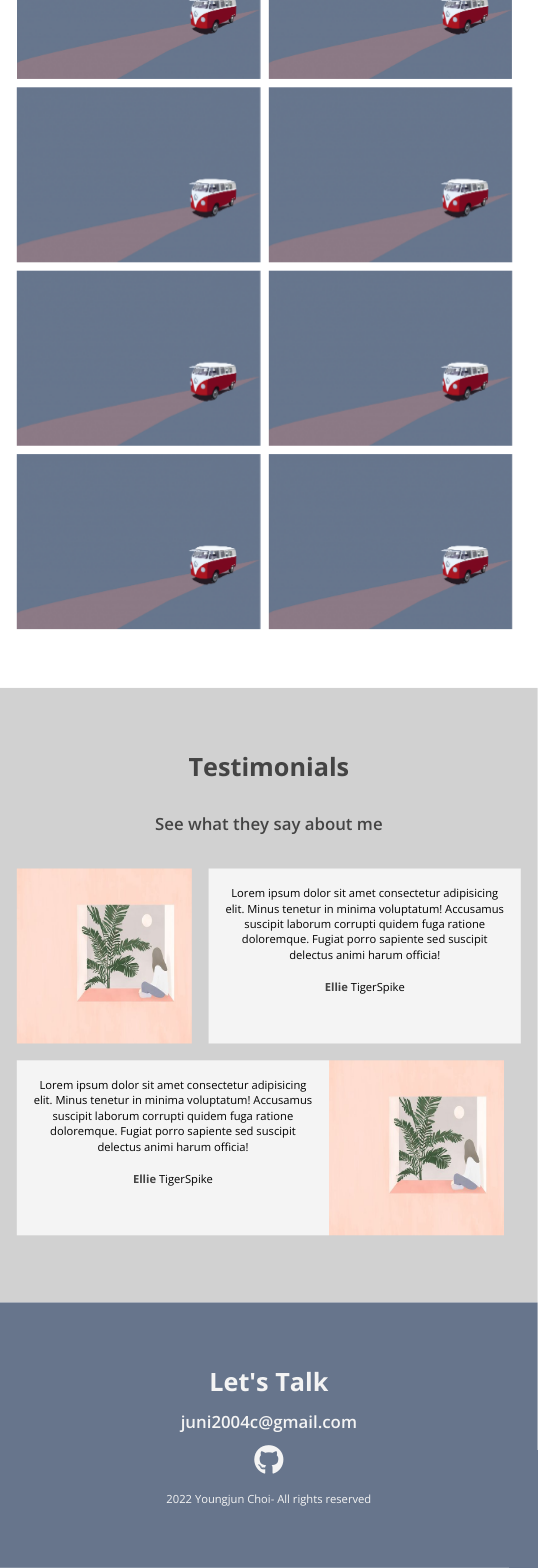
Repository: choi2021/portfolio-vanillaJS
Page: index.html
The author's editor kept a copy of each file at every save. The page is drawn from the files as they stood at one save, then again after the next save.
The browser window is 768 px wide. The pictures show the part of the page from y = 3374 to 5614 px (the page is 5614 px tall before and 5478 px after), at 70% of full size.
Some web libraries are served in a nearby version.

Above is the page before, as saved 2022-01-08 15:14:11.

### index.html
<!DOCTYPE html>
<html lang="en">

<head>
  <meta charset="UTF-8">
  <meta http-equiv="X-UA-Compatible" content="IE=edge">
  <meta name="viewport" content="width=device-width, initial-scale=1.0">
  <title>Youngjun's Portfolio</title>
  <meta name="description" content="Front-end developer Youngjun">
  <meta name="author" content="Youngjun ">
  <link rel="icon" href="public/favicon.png" type="public/png">
  <link rel="stylesheet" href="style.css">
  <script src="main.js" defer></script>
  <script src="https://kit.fontawesome.com/a6a726722e.js" crossorigin="anonymous"></script>
  <link href="https://fonts.googleapis.com/css2?family=Open+Sans:wght@400;600;700&display=swap" rel="stylesheet">
</head>

<body>
  <!-- Navbar -->
  <nav class="navbar">
    <div class="navbar__logo">
      <img src="public/favicon.png" alt="logo">
      <a href="#">YOUNGJUN</a>
    </div>
    <ul class="navbar__menu">
      <li class="navbar__menu__item active">Home</li>
      <li class="navbar__menu__item">About</li>
      <li class="navbar__menu__item">Skills</li>
      <li class="navbar__menu__item">My work</li>
      <li class="navbar__menu__item">Testimonial</li>
      <li class="navbar__menu__item">Contact</li>
    </ul>
    <button class="navbar__toggleBtn">
      <i class="fas fa-bars"></i>
    </button>
  </nav>
  <!-- Home -->
  <section class="home">
    <img class="home__avatar" src="public/profile.jpg" alt="home-img">
    <h1 class="title">Hello <br> I'm Yougnjun Choi</h1>
    <h3 class="description">매일 매일 부족한 걸 채워가는 프론트엔드 개발자</h3>
    <button class="home__contact">contact me</button>
  </section>
  <!-- About -->
  <section class="about section">
    <div class="section__container">
      <h1 class="title">About me</h1>
      <p class="description">Lorem ipsum dolor sit amet consectetur adipisicing elit. Quidem adipisci sint voluptate
        odit, molestias debitis aliquam nihil magni a corporis consectetur minus vero qui suscipit dolorum natus
        nesciunt
        expedita? Sit!</p>
      <ul class="about__stacks">
        <li class="stack">
          <div class="stack__icon">
            <i class="fab fa-html5"></i>
          </div>
          <div class="stack__title">Front-end basic</div>
          <div class="stack__description">HTML, CSS, Javascript</div>
        </li>
        <li class="stack">
          <div class="stack__icon">
            <i class="fab fa-react"></i>
          </div>
          <div class="stack__title">React</div>
          <div class="stack__description">Javascript Library</div>
        </li>
      </ul>
      <div class="about__experience">
        <img src="public/gist_logo.jpg" alt="">
        <div class="experience__description">
          <div class="experience__name">Undergraduate chemistry major</div>
          <div class="experience__term">2016 March - 2022 Feb</div>
        </div>
      </div>
    </div>
  </section>
  <!-- Skills -->
  <section class="skills section">
    <div class="section__container">
      <h1 class="title">Skills</h1>
      <h2 class="sub_title">Skills & Attributes</h2>
      <p class="description">Lorem ipsum dolor sit amet, consectetur adipisicing elit. Harum cupiditate magnam modi
        eius? Soluta,
        quidem sed dicta animi maiores nemo laudantium dolores aliquam, molestias suscipit id accusantium unde
        temporibus
        nostrum.</p>
      <div class="skillset">
        <div class="skillset__left">
          <h3 class="skillset__title">Skills</h3>
          <div class="skill">
            <div class="skill__description">
              <span class="description__name">HTML</span>
              <span class="description__figure">80%</span>
            </div>
            <div class="skill__bar">
              <div class="skill__value" style="width: 80%"></div>
            </div>
          </div>
          <div class="skill">
            <div class="skill__description">
              <span class="description__name">CSS</span>
              <span class="description__figure">60%</span>
            </div>
            <div class="skill__bar">
              <div class="skill__value" style="width: 60%"></div>
            </div>
          </div>
          <div class="skill">
            <div class="skill__description">
              <span class="description__name">Javascript</span>
              <span class="description__figure">40%</span>
            </div>
            <div class="skill__bar">
              <div class="skill__value" style="width: 40%"></div>
            </div>
          </div>
          <div class="skill">
            <div class="skill__description">
              <span class="description__name">React</span>
              <span class="description__figure">10%</span>
            </div>
            <div class="skill__bar">
              <div class="skill__value" style="width:10%"></div>
            </div>
          </div>
        </div>
        <div class="skillset__right">
          <section class="tools">
            <h3 class="tools__title">Tools</h3>
            <ul class="tools__list">
              <li>
                <span>Visual Studio</span>
              </li>
            </ul>
          </section>
          <section class="etc">
            <h3 class="skillset__title">Etc</h3>
            <ul class="etc__list">
              <li>
                <span>Git</span>
              </li>
            </ul>
          </section>
        </div>
      </div>
    </div>
  </section>
  <section class="work section">
    <div class="section__container">
      <h1 class="title">My Work</h1>
      <h2 class="description">Projects</h2>
      <div class="work__categories">
        <button class="category__btn active">
          All
          <span class="category__count">8</span>
        </button>
        <button class="category__btn">HTML+CSS<span class="category__count">3</span></button>
        <button class="category__btn">HTML+CSS+Javascript<span class="category__count">3</span></button>
        <button class="category__btn">React<span class="category__count">2</span></button>
      </div>
      <div class="work__projects">
        <a href="#" class="project">
          <img src="public/background.jpg" alt="">
          <div class="project__description">
            <h3>Youtube UI</h3>
            <span>Clone coding with HTML and CSS</span>
          </div>
        </a>
        <a href="#" class="project">
          <img src="public/background.jpg" alt="">
          <div class="project__description">
            <h3>Youtube UI</h3>
            <span>Clone coding with HTML and CSS</span>
          </div>
        </a>
        <a href="#" class="project">
          <img src="public/background.jpg" alt="">
          <div class="project__description">
            <h3>Youtube UI</h3>
            <span>Clone coding with HTML and CSS</span>
          </div>
        </a>
        <a href="#" class="project">
          <img src="public/background.jpg" alt="">
          <div class="project__description">
            <h3>Youtube UI</h3>
            <span>Clone coding with HTML and CSS</span>
          </div>
        </a>
        <a href="#" class="project">
          <img src="public/background.jpg" alt="">
          <div class="project__description">
            <h3>Youtube UI</h3>
            <span>Clone coding with HTML and CSS</span>
          </div>
        </a>
        <a href="#" class="project">
          <img src="public/background.jpg" alt="">
          <div class="project__description">
            <h3>Youtube UI</h3>
            <span>Clone coding with HTML and CSS</span>
          </div>
        </a>
        <a href="#" class="project">
          <img src="public/background.jpg" alt="">
          <div class="project__description">
            <h3>Youtube UI</h3>
            <span>Clone coding with HTML and CSS</span>
          </div>
        </a>
        <a href="#" class="project">
          <img src="public/background.jpg" alt="">
          <div class="project__description">
            <h3>Youtube UI</h3>
            <span>Clone coding with HTML and CSS</span>
          </div>
        </a>
      </div>
    </div>
  </section>
  <section class="testimonials section">
    <div class="section__container">
      <h1 class="title">Testimonials</h1>
      <h2 class="description">See what they say about me</h2>
      <div class="testimonialset">
        <div class="testimonial">
          <img class="testimonial__avatar" src="public/background2.jpg" alt="">
          <div class="testimonial__speech-bubble">
            <span>Lorem ipsum dolor sit amet consectetur adipisicing elit. Minus tenetur in minima voluptatum! Accusamus
              suscipit laborum corrupti quidem fuga ratione doloremque. Fugiat porro sapiente sed suscipit delectus
              animi
              harum officia!</span>
            <div class="name-and-company">
              <span class="name"><a href="#"> Ellie</a></span>
              <span class="companay">TigerSpike</span>
            </div>
          </div>
        </div>
        <div class="testimonial">
          <div class="section__container"></div>
          <div class="testimonial__speech-bubble">
            <span>Lorem ipsum dolor sit amet consectetur adipisicing elit. Minus tenetur in minima voluptatum! Accusamus
              suscipit laborum corrupti quidem fuga ratione doloremque. Fugiat porro sapiente sed suscipit delectus
              animi
              harum officia!</span>
            <div class="name-and-company">
              <span class="name"><a href="#"> Ellie</a></span>
              <span class="companay">TigerSpike</span>
            </div>
          </div>
          <img class="testimonial__avatar" src="public/background2.jpg" alt="">
        </div>
      </div>
    </div>

  </section>
  <section class="contact section">
    <h1 class="title">Let's Talk</h1>
    <h2 class="contact__email">juni2004c@gmail.com</h2>
    <div class="contact__links">
      <a href="#">
        <i class="fab fa-github"></i>
      </a>
    </div>
    <p class="contact__rights">2022 Youngjun Choi- All rights reserved</p>
  </section>
</body>

</html>

### style.css
:root {
  /* color */
  --white-color: #f4f4f4;
  --blue-color: #69a0c7;
  --light-yellow-color: #fff6cb;
  --deep-yellow-color: #feac3e;
  --pink-color: #fd8682;
  --black-color: #444444;
  --dark-gray-color: #565656;
  --dim-gray-color: #706f6d;
  --light-gray-color: #d1d1d1;
  --dark-red-color: #8c7a86;
  --dark-blue-color: #67758c;

  /* Space */
  --base-space: 36px;

  /* Font weight */
  --weight-bold: 700;
  --weight-semi-bold: 600;
  --weight-regular: 400;

  /* Font-size */
  --font-large: 48px;
  --font-medium: 28px;
  --font-regular: 18px;
  --font-small: 16px;

  /* size */
  --count-size: 32px;
  --border-size: 8px;
  --logo-size: 43px;
  --avatar-size: 350px;
  --stack-size: 180px;
  --project-width: 280px;
  --project-height: 250px;
  --testimonial-size: 250px;
}

/* Universal tags */
* {
  box-sizing: border-box;
}

h1 {
  font-size: var(--font-large);
  font-weight: var(--weight-bold);
  color: var(--black-color);
  margin: 16px 0px;
}

h2 {
  font-size: var(--font-medium);
  font-weight: var(--weight-semi-bold);
  color: var(--black-color);
  margin: 8px 0px;
}

body {
  margin: 0;
  font-family: "Open Sans", sans-serif;
}

ul {
  list-style: none;
  padding-left: 0;
}

a {
  text-decoration: none;
  color: var(--black-color);
}

button {
  border: none;
  outline: none;
  background-color: transparent;
  cursor: pointer;
}

/* navbar */

.navbar {
  display: flex;
  justify-content: space-between;
  align-items: center;
  background-color: transparent;
  font-size: var(--font-medium);
  position: fixed;
  top: 0;
  width: 100%;
  padding: 12px var(--base-space);
}

.navbar.withBGColor {
  background-color: var(--dark-blue-color);
}

.navbar__logo {
  display: flex;
}

.navbar__logo img {
  width: var(--logo-size);
  height: var(--logo-size);
  margin-right: calc(0.4 * var(--base-space));
}

.navbar__logo a {
  font-size: var(--font-medium);
  font-weight: var(--weight-semi-bold);
  color: var(--white-color);
}

.navbar__menu {
  display: flex;
  padding-left: 0;
}

.navbar__menu__item {
  padding: 8px 12px;
  font-size: var(--font-regular);
  cursor: pointer;
  border: 2px transparent solid;
  border-radius: var(--border-size);
  color: var(--white-color);
  margin-right: var(--base-space);
}

.navbar__menu__item:hover {
  border: 2px white solid;
}

.navbar__menu__item.active {
  background-color: var(--white-color);
  color: var(--dark-blue-color);
}

.navbar__toggleBtn {
  display: none;
  position: absolute;
  top: 12px;
  right: 24px;
  font-size: var(--font-medium);
  color: var(--blue-color);
}

/* Home */

.home {
  padding: calc(3 * var(--base-space)) var(--base-space);
  background: url(./public/background.jpg) no-repeat center/cover;
  text-align: center;
}

.home__avatar {
  width: var(--avatar-size);
  height: var(--avatar-size);
  border-radius: 50%;
  border: 1px white solid;
}

.home .title {
  font-size: var(--font-large);
  font-weight: var(--weight-bold);
  text-align: center;
  color: var(--white-color);
}

.home .description {
  padding-top: calc(2 * var(--base-space));
  font-size: var(--font-medium);
  color: var(--white-color);
}

.home__contact {
  font-size: var(--font-regular);
  font-weight: var(--weight-bold);
  color: var(--white-color);
  text-transform: capitalize;
  padding: calc(0.25 * var(--base-space));
  border: solid var(--white-color) 2px;
  border-radius: var(--border-size);
}

.home__contact:hover {
  background-color: var(--white-color);
  color: var(--dark-blue-color);
}

.section {
  padding: calc(3 * var(--base-space)) var(--base-space);
  text-align: center;
}

.section__container {
  max-width: 1200px;
  margin: auto;
}

.about .description {
  width: 85%;
  margin: auto;
  padding-top: calc(2 * var(--base-space));
  font-size: var(--font-medium);
  text-align: center;
  color: var(--black-color);
  margin-bottom: calc(2 * var(--base-space));
}

.about__stacks {
  display: flex;
  justify-content: space-around;
  padding-left: 0;
  margin: calc(3 * var(--base-space)) 0;
}

.stack {
  font-size: var(--font-medium);
  display: flex;
  flex-direction: column;
  align-items: center;
  text-align: center;
}

.stack__icon {
  font-size: calc(0.7 * var(--stack-size));
  width: var(--stack-size);
  height: var(--stack-size);
  display: flex;
  justify-content: center;
  align-items: center;
  color: var(--blue-color);
  border: 2px solid var(--blue-color);
  border-radius: 50%;
  margin-bottom: var(--base-space);
  transition: transform 300ms ease-in;
}

.stack__icon:hover {
  transform: rotate(45deg);
  color: var(--dark-blue-color);
  border: 2px solid var(--dark-blue-color);
}

.about__experience {
  display: flex;
  justify-content: center;
  width: 50%;
  margin: auto;
}

.about__experience img {
  width: var(--logo-size);
  height: var(--logo-size);
  margin-right: var(--base-space);
}

.skills {
  background-color: var(--light-yellow-color);
}

.skills .sub_title {
  font-size: var(--font-medium);
  font-weight: var(--weight-bold);
  text-align: center;
  color: var(--black-color);
}

.skills .description {
  width: 85%;
  margin: auto;
  padding-top: calc(2 * var(--base-space));
  font-size: var(--font-medium);
  text-align: center;
  color: var(--black-color);
  margin-bottom: calc(2 * var(--base-space));
}

.skillset {
  display: flex;
  background-color: var(--black-color);
}

.skillset__left {
  flex-basis: 60%;
  display: flex;
  color: var(--white-color);
  flex-direction: column;
  align-items: center;
  padding: var(--base-space);
}

.skillset__title {
  font-size: var(--font-regular);
}

.skill {
  width: 100%;
  margin-bottom: var(--base-space);
}

.skill__description {
  width: 100%;
  font-size: var(--font-small);
  display: flex;
  justify-content: space-between;
}

.skill__bar {
  height: 3px;
  background-color: var(--dim-gray-color);
}

.skill__value {
  height: 3px;
  background-color: var(--deep-yellow-color);
}

.skillset__right {
  flex-basis: 40%;
  display: flex;
  flex-direction: column;
  margin: 0;
  text-align: center;
}

.tools {
  background-color: var(--dark-gray-color);
  width: 100%;
  height: 50%;
  color: var(--white-color);
}

.etc {
  background-color: var(--dim-gray-color);
  padding-left: 0;
  height: 50%;
  color: var(--white-color);
}

.tools__list,
.etc__list {
  padding-left: 0;
}

.work .description {
  width: 85%;
  margin: auto;
  padding-top: calc(2 * var(--base-space));
  color: var(--black-color);
  margin-bottom: calc(2 * var(--base-space));
}

.work__categories {
  margin-bottom: var(--base-space);
}

.category__btn {
  font-size: var(--font-regular);
  padding: 8px 12px;
  border: 1px solid var(--dim-gray-color);
  border-radius: var(--border-size);
}

.category__btn.active {
  color: var(--white-color);
  background-color: var(--dark-blue-color);
}

.category__count {
  display: inline-block;
  font-size: var(--font-regular);
  border-radius: 50%;
  width: var(--count-size);
  height: var(--count-size);
  line-height: 32px;
  background-color: var(--deep-yellow-color);
  margin-left: 8px;
  position: relative;
  top: -40px;
  left: 4px;
  opacity: 0;
  transition: all 300ms ease-in;
}
.category__btn.active .category__count,
.category__btn:hover .category__count {
  opacity: 1;
  top: 0;
  left: 0;
}

.work__projects {
  display: flex;
  justify-content: center;
  flex-wrap: wrap;
  width: 100%;
}

.project {
  position: relative;
  width: var(--project-width);
  height: var(--project-height);
  margin-right: calc(0.5 * var(--base-space));
  margin-bottom: calc(0.5 * var(--base-space));
}

.project img {
  width: 100%;
  height: 100%;
}

.project__description {
  background-color: var(--light-yellow-color);
  position: absolute;
  top: 0;
  left: 0;
  width: 100%;
  height: 100%;
  display: flex;
  flex-direction: column;
  justify-content: center;
  opacity: 0;
  transform: translate(0, 10px);
  transition: all 300ms ease-in-out;
}

.project__description:hover {
  opacity: 0.9;
  transform: translate(0, 0);
}

.project__description h3::after {
  display: block;
  margin: auto;
  content: "";
  width: 125px;
  height: 2px;
  background-color: var(--dim-gray-color);
}

.project__description span {
  font-size: var(--font-small);
}

/* Testimonial */

.testimonials {
  background-color: var(--light-gray-color);
}

.testimonials .description {
  max-width: 1200px;
  padding-top: calc(var(--base-space));
  font-size: var(--font-medium);
  color: var(--black-color);
  margin-bottom: calc(2 * var(--base-space));
}

.testimonialset {
  display: flex;
  flex-direction: column;
}

.testimonial {
  display: flex;
  margin-bottom: var(--base-space);
}

.testimonial__avatar:nth-child(odd) {
  margin-right: 24px;
}

.testimonial__avatar :nth-child(even) {
  margin-left: 24px;
}

.testimonial__avatar {
  width: var(--testimonial-size);
  height: var(--testimonial-size);
}

.testimonial__speech-bubble {
  background-color: var(--white-color);
  padding: var(--base-space);
  font-size: var(--font-regular);
  text-align: center;
}

.testimonial__speech-bubble .name-and-company {
  margin-top: var(--base-space);
}

.testimonial__speech-bubble .name {
  font-weight: var(--weight-bold);
}

/* contact */
.contact {
  background-color: var(--dark-blue-color);
}

.contact .title,
.contact__email,
.contact__rights {
  color: var(--white-color);
}

.contact .title {
  font-size: var(--font-large);
}

.contact__email {
  font-size: var(--font-medium);
}

.contact__links {
  color: var(--white-color);
}

.contact__links a {
  font-size: var(--logo-size);
  color: var(--white-color);
}

.contact__links a i {
  transition: transform 300ms ease-in-out;
}

.contact__links a i:hover {
  transform: scale(1.1);
}

.contact__rights {
  font-size: var(--font-regular);
}

@media screen and (max-width: 768px) {
  :root {
    /* Space */
    --base-space: 24px;

    /* Font weight */
    --weight-bold: 700;
    --weight-semi-bold: 600;
    --weight-regular: 400;

    /* Font-size */
    --font-large: 36px;
    --font-medium: 24px;
    --font-regular: 16px;
    --font-small: 12px;

    /* size */
    --count-size: 32px;
    --border-size: 8px;
    --logo-size: 43px;
    --avatar-size: 250px;
    --stack-size: 180px;
    --project-width: 280px;
    --project-height: 250px;
    --testimonial-size: 250px;
  }
  .navbar {
    flex-direction: column;
    align-items: flex-start;
  }

  .navbar__menu {
    flex-direction: column;
    width: 100%;
    text-align: center;
    display: none;
  }

  .navbar__toggleBtn {
    display: block;
    position: absolute;
    cursor: pointer;
  }

  .about__stacks {
    flex-direction: column;
  }

  .stack {
    margin-bottom: var(--base-space);
  }

  .skillset {
    flex-direction: column;
  }

  .category__btn {
    padding: 4px 8px;
  }

  .project {
    flex-grow: 1;
  }
}

### main.js
// navbar background color
const navbar = document.querySelector(".navbar");
const navbarInfo = navbar.getBoundingClientRect();
console.log(navbarInfo.height);

document.addEventListener("scroll", (e) => {
  const positionY = window.scrollY;
  if (positionY > navbarInfo.height) {
    navbar.classList.add("withBGColor");
  } else {
    navbar.classList.remove("withBGColor");
  }
});

After the next save:
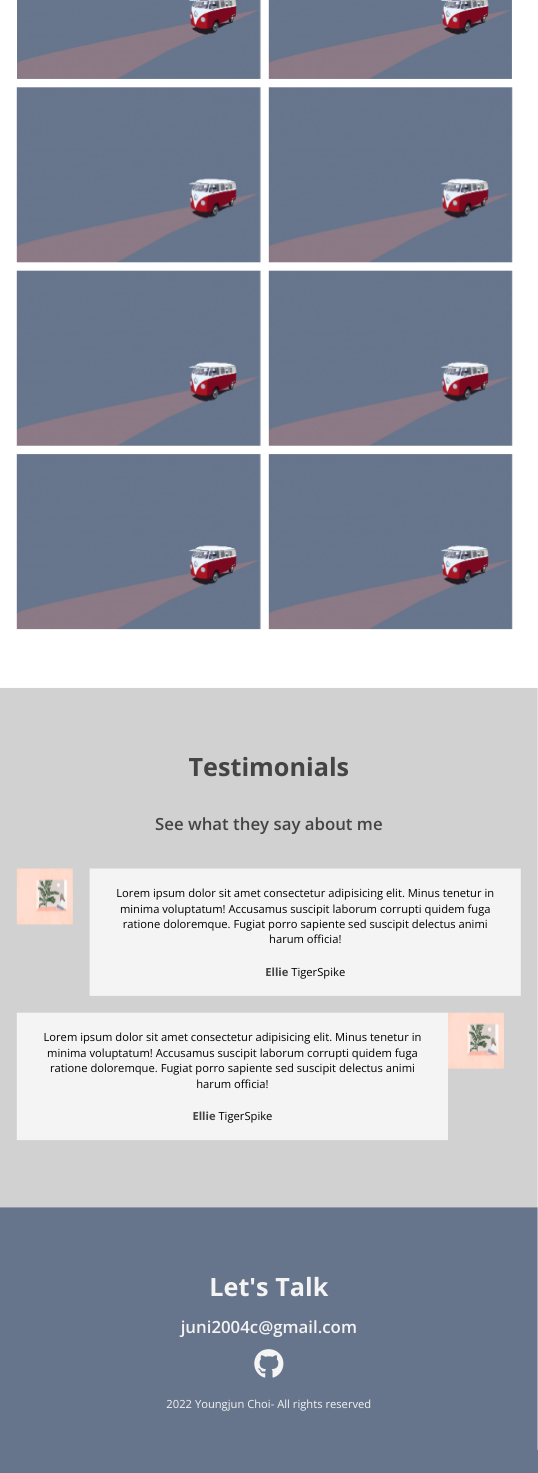
Saved 4 min 19 s later.
--- a/style.css
+++ b/style.css
@@ -559,7 +559,7 @@ button {
     --stack-size: 180px;
     --project-width: 280px;
     --project-height: 250px;
-    --testimonial-size: 250px;
+    --testimonial-size: 80px;
   }
   .navbar {
     flex-direction: column;
